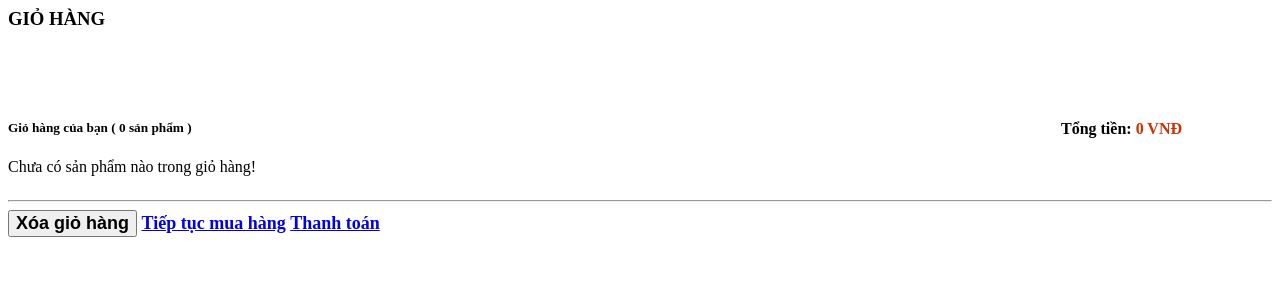
Repository: nguyengiabao245/NHOM3_C2
Page: http://localhost/DoAnJava/WEB-INF/views/cart/view.jsp
The author's editor kept a copy of each file at every save. The page is drawn from the files as they stood at one save, then again after the next save.
The browser window is 1280 px wide. The pictures show the whole page.
The page is served by Tomcat 9. Nobody is signed in. Other server files are loaded and not shown. The template is opened directly, without the code that normally fills it, so the values that code supplies are empty.

Above is the page before, as saved 2022-05-12 10:08:48.

### DoAnJava/src/main/webapp/WEB-INF/views/cart/view.jsp

<%@ page pageEncoding="utf-8"%>
<%@ taglib uri="http://java.sun.com/jstl/core_rt" prefix="c"%>
<%@ taglib uri="http://java.sun.com/jstl/fmt_rt" prefix="f"%>

<c:set var="cart" value="${sessionScope['scopedTarget.cartService']}" />


<h3 class="title">
	<b>GIỎ HÀNG</b>
</h3>


<div class="ct1" style="margin-top:100px">
	<h5 style="margin-top: -10px">
		<span style="font-weight: 700;"> <c:choose>
				<c:when test="${cart.count > 0}"> Giỏ hàng của bạn (
					<b class="cart-cnt">${cart.count}</b> sản phẩm ) </c:when>
				<c:otherwise> Giỏ hàng của bạn (  <b class="cart-cnt">0</b> sản phẩm ) </c:otherwise>
			</c:choose>

		</span> <span
			style="float: right; padding: 0px 90px 0px 0px; font-weight: bold; font-size: 16px;">
			<c:choose>
				<c:when test="${cart.amount > 0}">
 			Tổng tiền: <span style="color: #CC3300"><f:formatNumber
							value="${cart.amount}" pattern="#,###" /> VNĐ</span>
				</c:when>
				<c:otherwise>
 			Tổng tiền: <span style="color: #CC3300"> 0 VNĐ</span>
				</c:otherwise>
			</c:choose>

		</span>
	</h5>
	<table class=table>
		<tbody>

			<c:choose>

				<c:when test="${cart.amount > 0}">
					<c:forEach var="p"
						items="${sessionScope['scopedTarget.cartService'].items}">
						<tr data-id="${p.id}" data-price="${p.unitPrice}"
							data-discount="${p.discount}">
							<td style="width: 120px; padding: 10px 0px 10px 0px;"><img
								src="/static/images/products/${p.image}" width="100%"></td>
							<td style="padding: 40px 0px 40px 30px;">
								<p style="font-size: 18px; font-weight: bold;">${p.name}</p>
								<p style="color: gray;">SKU : ${p.id}</p>
							</td>
							<td style="padding: 40px 0px 40px 0px; font-size: 16px"><c:choose>
									<c:when test="${p.discount <= 0 }">
										<p
											style="text-align: left; font-weight: bold; color: #474c51; padding: 20px 0px 0px 0px">
											<f:formatNumber value="${p.unitPrice}" pattern="#,###" />
											VNĐ
										</p>
									</c:when>
									<c:otherwise>
										<p style="font-weight: bold;">
											<span style="text-decoration: line-through; color: Gray;"><f:formatNumber
													value="${p.unitPrice}" pattern="#,###" /> VNĐ</span> <span
												style="vertical-align: super; background-color: red; border-radius: 15%; padding: 2px">
												- <f:formatNumber value="${p.discount}" type="percent" />
											</span>
										</p>
									</c:otherwise>
								</c:choose> <c:choose>
									<c:when test="${p.discount > 0 }">
										<p style="font-weight: bold; color: #474c51">
											<f:formatNumber value="${p.unitPrice * (1 - p.discount)}"
												pattern="#,###" />
											VNĐ
										</p>
									</c:when>
									<c:otherwise>

									</c:otherwise>
								</c:choose></td>

							<td style="padding: 50px 0px 40px 0px;"><input id="num"
								value="${p.quantity}" type="number" min="1"
								style="width: 100px; height: 30px; font-size: 16px; border: 1px solid black;">

							</td>
							<td class="amt"
								style="padding: 55px 0px 40px 0px; font-weight: bold; font-size: 16px">
								<f:formatNumber
									value="${p.quantity * p.unitPrice * (1 - p.discount)}"
									pattern="#,###" /> VNĐ
							</td>
							<td style="padding: 50px 0px 40px 0px;">
								<button class="btn btn-sm btn-warning btn-cart-remove">
									<i class="glyphicon glyphicon-trash"></i>
								</button>
							</td>
						</tr>
					</c:forEach>
				</c:when>

				<c:otherwise>
					<p>Chưa có sản phẩm nào trong giỏ hàng!</p>
				</c:otherwise>
			</c:choose>



		</tbody>
	</table>
	<hr />
	<div class="text-center" style="font-size: 18px; padding-bottom: 30px">
		<button class="btn btn-sm btn-danger btn-cart-clear">Xóa giỏ
			hàng</button>
		<a href="/home" class="btn btn-sm btn-info">Tiếp tục mua hàng</a> <a
			href="/order/checkout" class="btn btn-sm btn-success">Thanh toán</a>
	</div>
</div>


<br />
<br />
<style>
.btn-cart-clear, .btn-info, .btn-success {
	font-size: 18px;
	font-weight: bold;
}
</style>

After the next save:
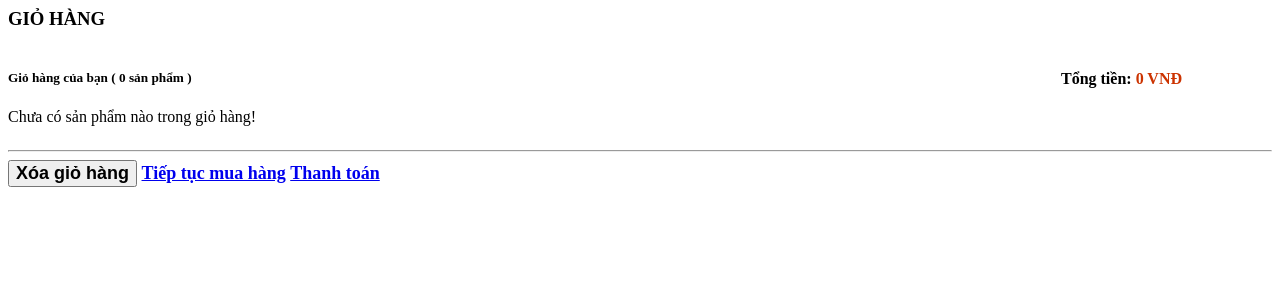
Saved 16 s later.
--- a/DoAnJava/src/main/webapp/WEB-INF/views/cart/view.jsp
+++ b/DoAnJava/src/main/webapp/WEB-INF/views/cart/view.jsp
@@ -11,7 +11,7 @@
 </h3>
 
 
-<div class="ct1" style="margin-top:100px">
+<div class="ct1" style="margin-top:50px">
 	<h5 style="margin-top: -10px">
 		<span style="font-weight: 700;"> <c:choose>
 				<c:when test="${cart.count > 0}"> Giỏ hàng của bạn (
